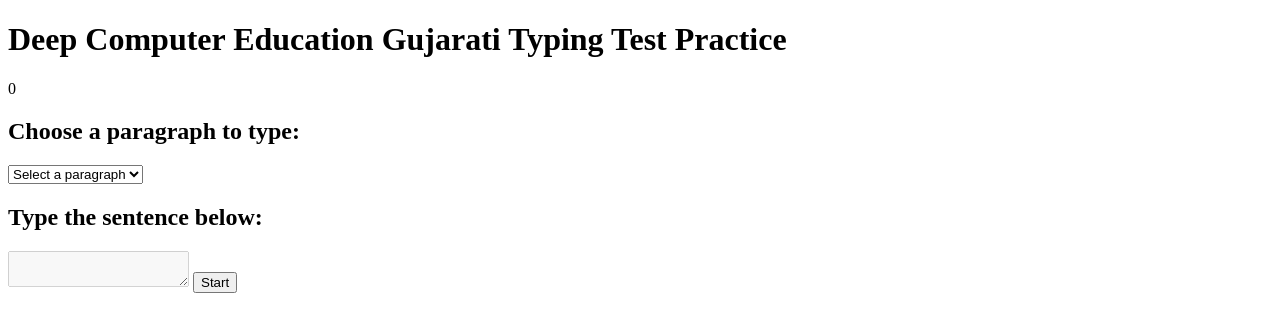
Repository: ssj27072002/Gujarati-typing-test
Page: typingGame/index.html
These files come from the project's save history. The page is drawn as it stood at one moment and after the next save; the edit follows.
The browser window is 1280 px wide. The pictures show the whole page.

Above is the page before, as saved 2024-06-13 10:16:21.

### typingGame/index.html
<!-- working as scoll  -->
<!-- <!DOCTYPE html>
<html lang="en">
<head>
    <meta charset="UTF-8">
    <title>Gujarati Typing Test</title>
    <link rel="stylesheet" href="css/style.css">
</head>
<body>
    <div class="typing-section">
        <h1>Deep Computer Education Gujarati Typing Test Practice</h1>
        <div class="timer-div">
            <div id="show-time">0</div>
        </div>
        <h2>Choose a paragraph to type:</h2>
        <select id="paragraphSelector">
            <option value="">Select a paragraph</option>
            <option value="1">Paragraph 1</option>
            <option value="2">Paragraph 2</option>
            <option value="3">Paragraph 3</option>
        </select>
        <h2>Type the sentence below:</h2>
        <div id="showSentence" class="scrollable-paragraph"></div>
        <textarea id="textarea" disabled></textarea>
        <button id="btn">Start</button>
        <div id="score"></div>
    </div>
    <script src="js/index.js"></script>
</body>
</html> -->

<!DOCTYPE html>
<html lang="en">
<head>
    <meta charset="UTF-8">
    <title>Gujarati Typing Test</title>
    <link rel="stylesheet" href="css/style.css">
</head>
<body>
    <div class="typing-section">
        <h1>Deep Computer Education Gujarati Typing Test Practice</h1>
        <div class="timer-div">
            <div id="show-time" class="timer">0</div>
        </div>
        <h2>Choose a paragraph to type:</h2>
        <select id="paragraphSelector" class="styled-select">
            <option value="">Select a paragraph</option>
            <option value="1">Paragraph 1</option>
            <option value="2">Paragraph 2</option>
            <option value="3">Paragraph 3</option>
        </select>
        <h2>Type the sentence below:</h2>
        <div id="showSentence" class="scrollable-paragraph"></div>
        <textarea id="textarea" class="styled-textarea" disabled></textarea>
        <button id="btn" class="styled-button">Start</button>
        <div id="score"></div>
    </div>
    <script src="js/index.js"></script>
</body>
</html>

### typingGame/css/style.css
/* scroll  */
/* @import url('https://fonts.googleapis.com/css2?family=Josefin+Sans:wght@400;600;700&family=Lexend+Deca:wght@100;200;300;400;500;600;700&family=Poppins:wght@300;400;600&display=swap');

* {
    margin: 0;
    padding: 0;
    box-sizing: border-box;
    font-family: 'Poppins', sans-serif;
}

html {
    font-size: 62.5%;
}

body {
    height: 100vh;
    display: flex;
    justify-content: center;
    align-items: center;
    background-color: #f3f4f6;
    color: #333;
}

.typing-section {
    text-align: center;
    background: #fff;
    border-radius: 1.5rem;
    box-shadow: 0 4px 20px rgba(0, 0, 0, 0.1);
    padding: 2rem 4rem;
    max-width: 60rem;
    width: 100%;
}

.typing-section h1 {
    font-size: 3.6rem;
    color: #4a4e69;
    margin-bottom: 2rem;
    text-transform: capitalize;
    font-weight: 700;
}

#textarea {
    border: .2rem solid #c9ada7;
    border-radius: 1rem;
    max-width: 100%;
    width: 100%;
    height: 20rem;
    padding: 1rem 2rem;
    font-size: 1.6rem;
    color: #333;
    background: #f3f4f6;
    outline: none;
    transition: border-color 0.3s ease;
    margin-bottom: 2rem;
}

#textarea:focus {
    border-color: #9a8c98;
}

#btn {
    display: inline-block;
    padding: 1rem 2.4rem;
    border: none;
    border-radius: 1rem;
    background-color: #9a8c98;
    color: #fff;
    font-size: 1.8rem;
    margin-top: 2rem;
    cursor: pointer;
    transition: background-color 0.3s ease;
}

#btn:hover {
    background-color: #6d6875;
}

h2 {
    font-size: 2.4rem;
    color: #4a4e69;
    text-align: center;
    margin-bottom: 1.5rem;
}

#showSentence, #score {
    font-size: 1.8rem;
    margin: 2rem 0;
    letter-spacing: .02rem;
    text-align: center;
    color: #4a4e69;
}

.timer-div {
    width: 100%;
    text-align: right;
    display: flex;
    justify-content: flex-end;
    margin-bottom: 1rem;
}

#show-time {
    font-size: 2.4rem;
    padding: 1.5rem;
    text-align: center;
    width: 6rem;
    height: 6rem;
    display: flex;
    justify-content: center;
    align-items: center;
    border-radius: 50%;
    border: .5rem solid #9a8c98;
    color: #4a4e69;
    background: #fff;
}
.scrollable-paragraph {
    max-height: 200px;
    overflow-y: auto;
    border: 1px solid #ccc;
    padding: 10px;
    margin-bottom: 20px;
} */

### typingGame/js/index.js
const typing_ground = document.querySelector('#textarea');
const btn = document.querySelector('#btn');
const score = document.querySelector('#score');
const show_sentence = document.querySelector('#showSentence');
const show_time = document.querySelector('#show-time');
const paragraphSelector = document.getElementById('paragraphSelector');

let startTime, endTime, totalTimeTaken, sentence_to_write;

const paragraphs = {
    1: 'ગાંધીનગર ગુજરાતની રાજધાની છે. આ શહેરમાં મોટા પ્રમાણમાં સરકારી કાર્યાલયો અને ઔદ્યોગિક ક્ષેત્ર છે. અમદાવાદ, જે ગુજરાતનું સૌથી મોટું શહેર છે, તેનું એક મહત્વનું ઐતિહાસિક અને આર્થિક કેન્દ્ર છે. અમદાવાદની સુંદર નદી સાબરમતીના કાંઠે બનેલું સાબરમતી આશ્રમ મહાત્મા ગાંધીજીની યાદ અપાવે છે.',
    2: 'સૂરત એક મહત્વપૂર્ણ વ્યાપારી શહેર છે, જે પોતાના હીરાના વેપાર અને કાપડ ઉદ્યોગ માટે જાણીતું છે. આ શહેરમાં ઘણા સુંદર બાગો અને મલ્ટીપ્લેક્સ સિનેમા છે.',
    3: 'વડોદરા શહેર એ પોતાના સંસ્કૃતિક અને શૈક્ષણિક કેન્દ્ર માટે જાણીતું છે. આ શહેરમાં ઘણા મ્યુઝિયમ્સ, પાર્ક્સ અને શૈક્ષણિક સંસ્થાઓ છે.'
};

const calculateTypingSpeed = (time_taken) => {
    let totalWords = typing_ground.value.trim();
    let actualWordsArray = totalWords === '' ? [] : totalWords.split(/\s+/);
    let correctWords = errorChecking(actualWordsArray);

    if (correctWords !== 0) {
        let typing_speed = (correctWords / time_taken) * 60;
        typing_speed = Math.round(typing_speed);
        score.innerHTML = `Your typing speed is ${typing_speed} words per minute & you wrote ${correctWords} correct words out of ${sentence_to_write.length} words & time taken ${time_taken} sec`;
    } else {
        score.innerHTML = `Your typing speed is 0 words per minute & time taken ${time_taken} sec`;
    }
};

const endTypingTest = () => {
    btn.innerText = "Start";
    clearInterval(intervalID);
    let date = new Date();
    endTime = date.getTime();

    totalTimeTaken = (endTime - startTime) / 1000;

    calculateTypingSpeed(totalTimeTaken);

    show_sentence.innerHTML = "";
    typing_ground.value = "";
};

let intervalID, elapsedTime = 0;

const showTimer = () => {
    if (btn.innerText === "Done") {
        intervalID = setInterval(() => {
            elapsedTime++;
            show_time.innerHTML = elapsedTime;
        }, 1000);
    } else if (btn.innerText === "Start") {
        elapsedTime = 0;
        clearInterval(intervalID);
        show_time.innerHTML = "";
    }
};

const errorChecking = (userWords) => {
    let num = 0;
    sentence_to_write = show_sentence.innerHTML.trim().split(/\s+/);

    for (let i = 0; i < userWords.length; i++) {
        if (userWords[i] === sentence_to_write[i]) {
            num++;
        }
    }
    return num;
};

const startTyping = () => {
    let selectedValue = paragraphSelector.value;
    if (selectedValue) {
        show_sentence.innerHTML = paragraphs[selectedValue];
        let date = new Date();
        startTime = date.getTime();
        btn.innerText = "Done";
        showTimer();
    } else {
        alert("Please select a paragraph first!");
    }
};

btn.addEventListener('click', () => {
    switch (btn.innerText.toLowerCase()) {
        case "start":
            typing_ground.removeAttribute('disabled');
            startTyping();
            break;
        case "done":
            typing_ground.setAttribute('disabled', 'true');
            endTypingTest();
            break;
    }
});

// paragraphSelector.addEventListener("change", function() {
//     show_sentence.innerHTML = "";
//     typing_ground.value = "";
//     typing_ground.setAttribute('disabled', 'true');
//     btn.innerText = "Start";
//     elapsedTime = 0;
//     clearInterval(intervalID);
//     show_time.innerHTML = "0";
//     score.innerHTML = "";
// });

paragraphSelector.addEventListener('change', () => {
    const selectedValue = paragraphSelector.value;
    if (selectedValue) {
        showSentence.textContent = paragraphs[selectedValue];
        textarea.disabled = false;
    } else {
        showSentence.textContent = '';
        textarea.disabled = true;
    }
});

After the next save:
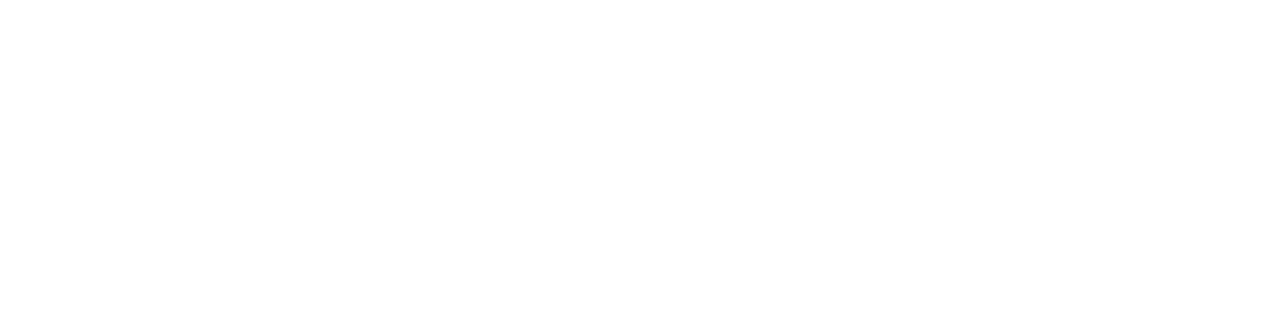
Saved 6 s later.
--- a/typingGame/index.html
+++ b/typingGame/index.html
@@ -28,33 +28,3 @@
     <script src="js/index.js"></script>
 </body>
 </html> -->
-
-<!DOCTYPE html>
-<html lang="en">
-<head>
-    <meta charset="UTF-8">
-    <title>Gujarati Typing Test</title>
-    <link rel="stylesheet" href="css/style.css">
-</head>
-<body>
-    <div class="typing-section">
-        <h1>Deep Computer Education Gujarati Typing Test Practice</h1>
-        <div class="timer-div">
-            <div id="show-time" class="timer">0</div>
-        </div>
-        <h2>Choose a paragraph to type:</h2>
-        <select id="paragraphSelector" class="styled-select">
-            <option value="">Select a paragraph</option>
-            <option value="1">Paragraph 1</option>
-            <option value="2">Paragraph 2</option>
-            <option value="3">Paragraph 3</option>
-        </select>
-        <h2>Type the sentence below:</h2>
-        <div id="showSentence" class="scrollable-paragraph"></div>
-        <textarea id="textarea" class="styled-textarea" disabled></textarea>
-        <button id="btn" class="styled-button">Start</button>
-        <div id="score"></div>
-    </div>
-    <script src="js/index.js"></script>
-</body>
-</html>

After the save that followed:
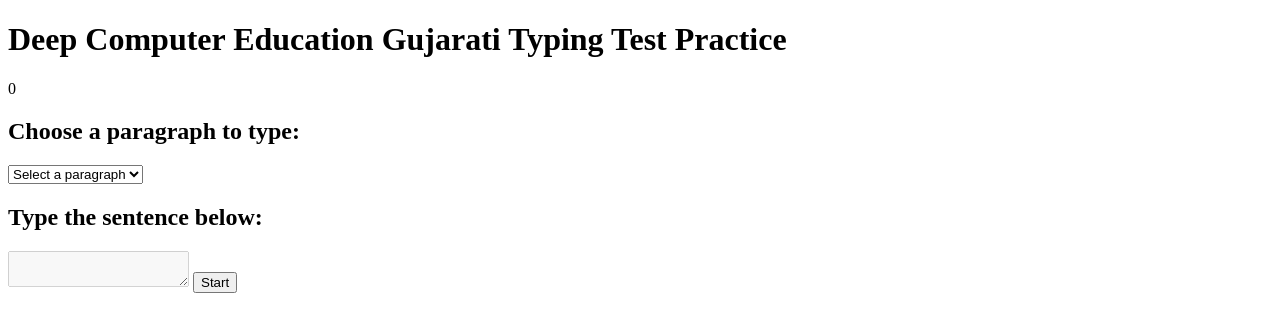
Saved 90 s later.
--- a/typingGame/index.html
+++ b/typingGame/index.html
@@ -28,3 +28,33 @@
     <script src="js/index.js"></script>
 </body>
 </html> -->
+
+<!DOCTYPE html>
+<html lang="en">
+<head>
+    <meta charset="UTF-8">
+    <title>Gujarati Typing Test</title>
+    <link rel="stylesheet" href="css/style.css">
+</head>
+<body>
+    <div class="typing-section">
+        <h1>Deep Computer Education Gujarati Typing Test Practice</h1>
+        <div class="timer-div">
+            <div id="show-time" class="timer">0</div>
+        </div>
+        <h2>Choose a paragraph to type:</h2>
+        <select id="paragraphSelector" class="styled-select">
+            <option value="">Select a paragraph</option>
+            <option value="1">Paragraph 1</option>
+            <option value="2">Paragraph 2</option>
+            <option value="3">Paragraph 3</option>
+        </select>
+        <h2>Type the sentence below:</h2>
+        <div id="showSentence" class="scrollable-paragraph"></div>
+        <textarea id="textarea" class="styled-textarea" disabled></textarea>
+        <button id="btn" class="styled-button">Start</button>
+        <div id="score"></div>
+    </div>
+    <script src="js/index.js"></script>
+</body>
+</html>
